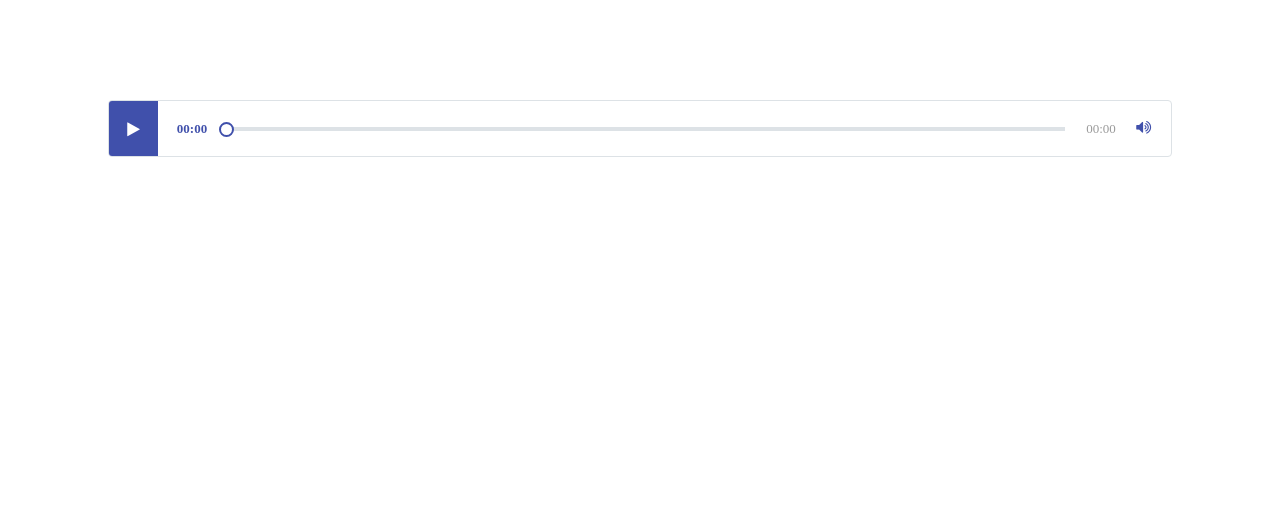
Repository: mitzbarbie/-jQuery-AudioPlayer-plugin
Page: index.html
An editor plug-in stored every save of this project. The page is shown before and after the next save, followed by the edit.
The browser window is 1280 px wide. The pictures show the whole page.

Above is the page before, as saved 2021-11-26 17:31:49.
Console error: TypeError: Cannot read properties of undefined (reading '0')

After the next save:
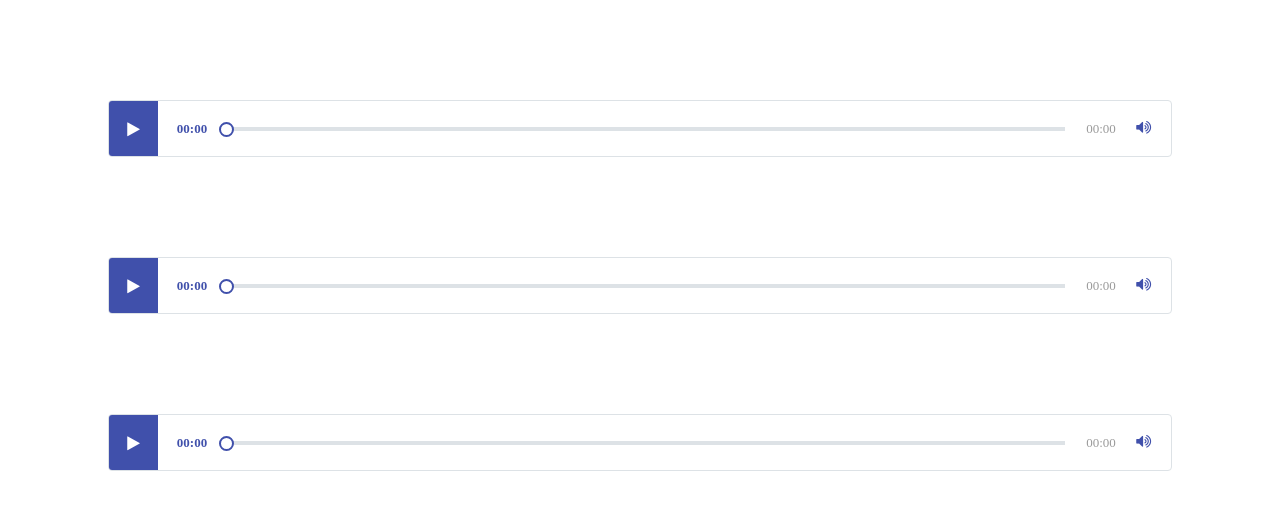
The error is gone.
Saved 25 s later.
--- a/index.html
+++ b/index.html
@@ -17,13 +17,23 @@
     ></script>
   </head>
   <body>
-    <div class="audio" songs="audioEx1.mp3" style="margin: 100px"></div>
-    <div class="audio" data-audio="audioEx2.mp3" style="margin: 100px"></div>
-    <div class="audio" data-audio="audioEx3.mp3" style="margin: 100px"></div>
+    <div class="audio" style="margin: 100px"></div>
+    <div class="audio" style="margin: 100px"></div>
+    <div class="audio" style="margin: 100px"></div>
 
     <script>
       $(document).ready(function () {
-        $(".audio").audioPlayerUtils();
+        $(".audio").audioPlayerUtils({
+          songs: ["audioEx1.mp3"],
+        });
+
+        $(".audio2").audioPlayerUtils({
+          songs: ["audioEx2.mp3"],
+        });
+
+        $(".audio3").audioPlayerUtils({
+          songs: ["audioEx3.mp3"],
+        });
       });
     </script>
 
